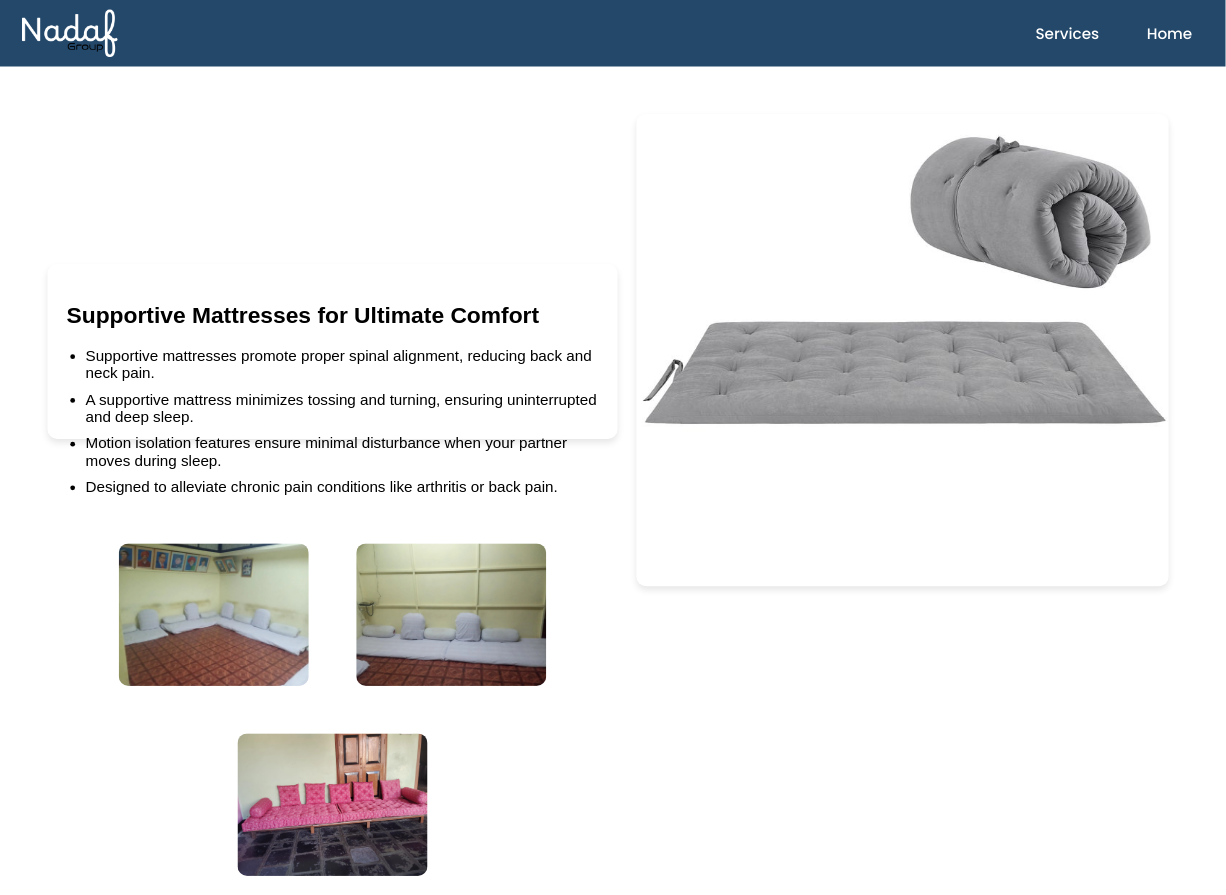
Repository: nadafgroup/rashidgadiUI
Page: src/rent.html
The author's editor kept a copy of each file at every save. The page is drawn from the files as they stood at one save, then again after the next save.
The browser window is 1280 px wide. The page is 1290 px wide, so the pictures cover 1290 px, including what lies to the right of the window. The pictures show the whole page, at 95% of full size.

Above is the page before, as saved 2025-01-29 15:54:11.
Console error: TypeError: Cannot read properties of null (reading 'addEventListener')

After the next save:
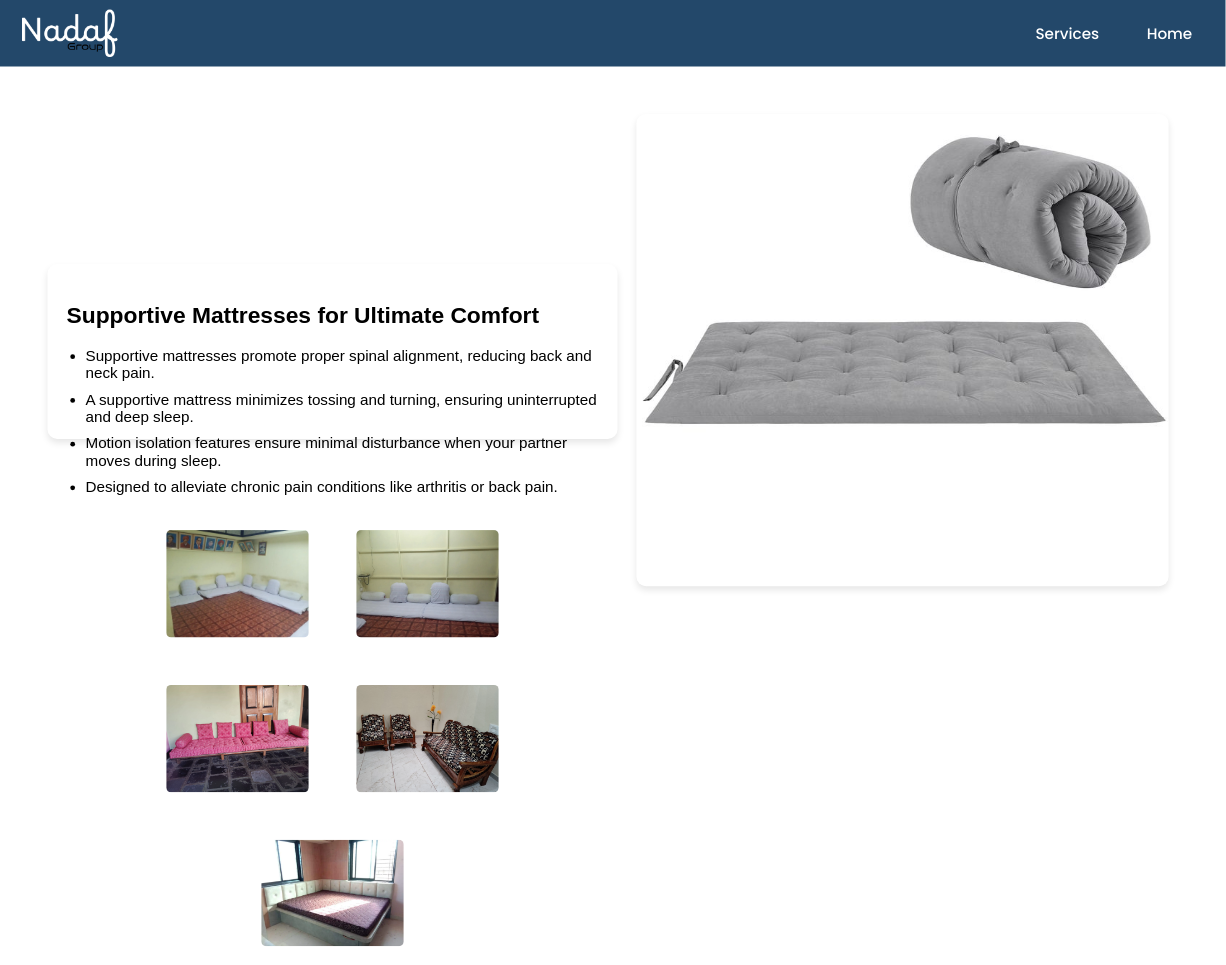
Saved 2 min 6 s later.
--- a/src/rent.html
+++ b/src/rent.html
@@ -4,7 +4,20 @@
     <meta charset="UTF-8">
     <meta name="viewport" content="width=device-width, initial-scale=1.0">
     <title>Mattresses</title>
-   <link rel="stylesheet" href="./products.css">
+    <link rel="stylesheet" href="./products.css">
+    <style>
+        .gallery {
+            display: flex;
+            gap: 10px;
+            margin-top: 10px;
+            justify-content: center;
+        }
+        .gallery img {
+            width: 150px; /* Adjust as needed */
+            height: auto;
+            border-radius: 5px;
+        }
+    </style>
 </head>
 <body>
     <header>
@@ -14,15 +27,13 @@
 
         <div class="nav-right">
             <ul>
-
-
                 <li class="dropdown">
                     <a href="#" class="dropbtn">Services</a>
                     <div class="dropdown-content">
                         <a href="./bed.html">Bed Mattresses</a>
                         <a href="./pillow.html">Pillow Mattresses</a>
                         <a href="./sofa.html">Sofa Mattresses</a>
-                        <a href="./repair.html">Mattresses Repair </a>
+                        <a href="./repair.html">Mattresses Repair</a>
                         <a href="./rent.html">Mattresses Rent</a>
                         <a href="./furniture.html">Furniture</a>
                     </div>
@@ -30,7 +41,6 @@
                 <li><a href="./home.html">Home</a></li>
             </ul>
         </div>
-
     </header>
 
     <div class="container">
@@ -47,8 +57,9 @@
                 <img src="../assets/img/real img/r2.webp" alt="Gallery Image 1">
                 <img src="../assets/img/real img/r3.webp" alt="Gallery Image 2">
                 <img src="../assets/img/real img/r8.webp" alt="Gallery Image 3">
+                <img src="../assets/img/real img/r4.webp" alt="Gallery Image 4">
+                <img src="../assets/img/real img/r5.webp" alt="Gallery Image 5">
             </div>
-
         </div>
 
         <div class="image-container">
@@ -56,15 +67,12 @@
         </div>
     </div>
 
-
-
-     <!-- Modal for displaying images in full screen -->
-<div id="imageModal" class="modal">
-<span class="close" id="closeModal">&times;</span>
-<img class="modal-content" id="modalImage" alt="Full-size image">
-</div>
+    <!-- Modal for displaying images in full screen -->
+    <div id="imageModal" class="modal">
+        <span class="close" id="closeModal">&times;</span>
+        <img class="modal-content" id="modalImage" alt="Full-size image">
+    </div>
 
     <script src="./products.js"></script>
 </body>
-
 </html>

After the save that followed:
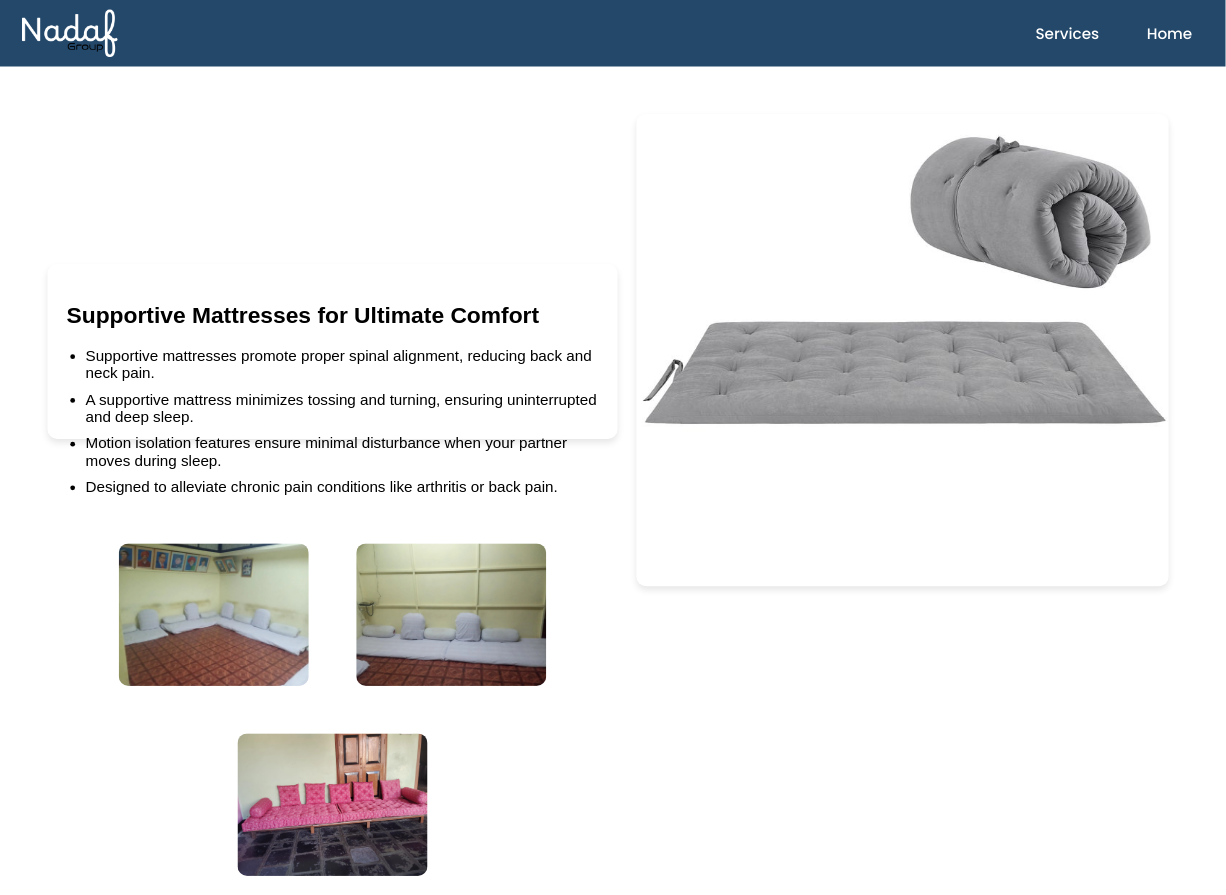
Saved 22 s later.
--- a/src/rent.html
+++ b/src/rent.html
@@ -4,20 +4,7 @@
     <meta charset="UTF-8">
     <meta name="viewport" content="width=device-width, initial-scale=1.0">
     <title>Mattresses</title>
-    <link rel="stylesheet" href="./products.css">
-    <style>
-        .gallery {
-            display: flex;
-            gap: 10px;
-            margin-top: 10px;
-            justify-content: center;
-        }
-        .gallery img {
-            width: 150px; /* Adjust as needed */
-            height: auto;
-            border-radius: 5px;
-        }
-    </style>
+   <link rel="stylesheet" href="./products.css">
 </head>
 <body>
     <header>
@@ -27,13 +14,15 @@
 
         <div class="nav-right">
             <ul>
+
+
                 <li class="dropdown">
                     <a href="#" class="dropbtn">Services</a>
                     <div class="dropdown-content">
                         <a href="./bed.html">Bed Mattresses</a>
                         <a href="./pillow.html">Pillow Mattresses</a>
                         <a href="./sofa.html">Sofa Mattresses</a>
-                        <a href="./repair.html">Mattresses Repair</a>
+                        <a href="./repair.html">Mattresses Repair </a>
                         <a href="./rent.html">Mattresses Rent</a>
                         <a href="./furniture.html">Furniture</a>
                     </div>
@@ -41,6 +30,7 @@
                 <li><a href="./home.html">Home</a></li>
             </ul>
         </div>
+
     </header>
 
     <div class="container">
@@ -57,9 +47,8 @@
                 <img src="../assets/img/real img/r2.webp" alt="Gallery Image 1">
                 <img src="../assets/img/real img/r3.webp" alt="Gallery Image 2">
                 <img src="../assets/img/real img/r8.webp" alt="Gallery Image 3">
-                <img src="../assets/img/real img/r4.webp" alt="Gallery Image 4">
-                <img src="../assets/img/real img/r5.webp" alt="Gallery Image 5">
             </div>
+
         </div>
 
         <div class="image-container">
@@ -67,12 +56,15 @@
         </div>
     </div>
 
-    <!-- Modal for displaying images in full screen -->
-    <div id="imageModal" class="modal">
-        <span class="close" id="closeModal">&times;</span>
-        <img class="modal-content" id="modalImage" alt="Full-size image">
-    </div>
+
+
+     <!-- Modal for displaying images in full screen -->
+<div id="imageModal" class="modal">
+<span class="close" id="closeModal">&times;</span>
+<img class="modal-content" id="modalImage" alt="Full-size image">
+</div>
 
     <script src="./products.js"></script>
 </body>
+
 </html>
